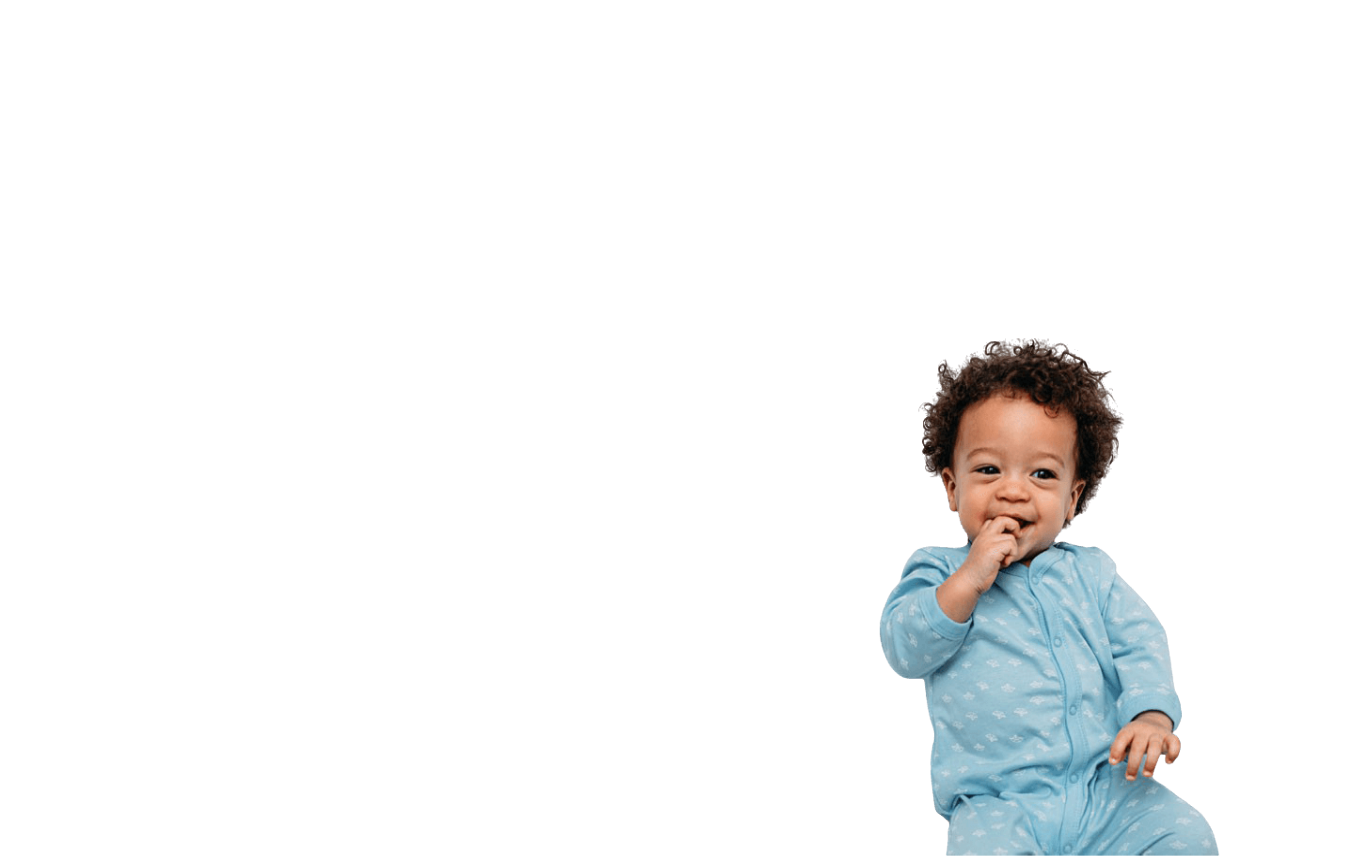
Repository: gyypwrs/css-practice
Page: pull-over/index.html
The author's editor kept a copy of each file at every save. The page is drawn from the files as they stood at one save, then again after the next save.
The browser window is 1280 px wide. The page is 1440 px wide, so the pictures cover 1440 px, including what lies to the right of the window. The pictures show the whole page, at 94% of full size.

Above is the page before, as saved 2022-05-16 11:32:46.

After the next save:
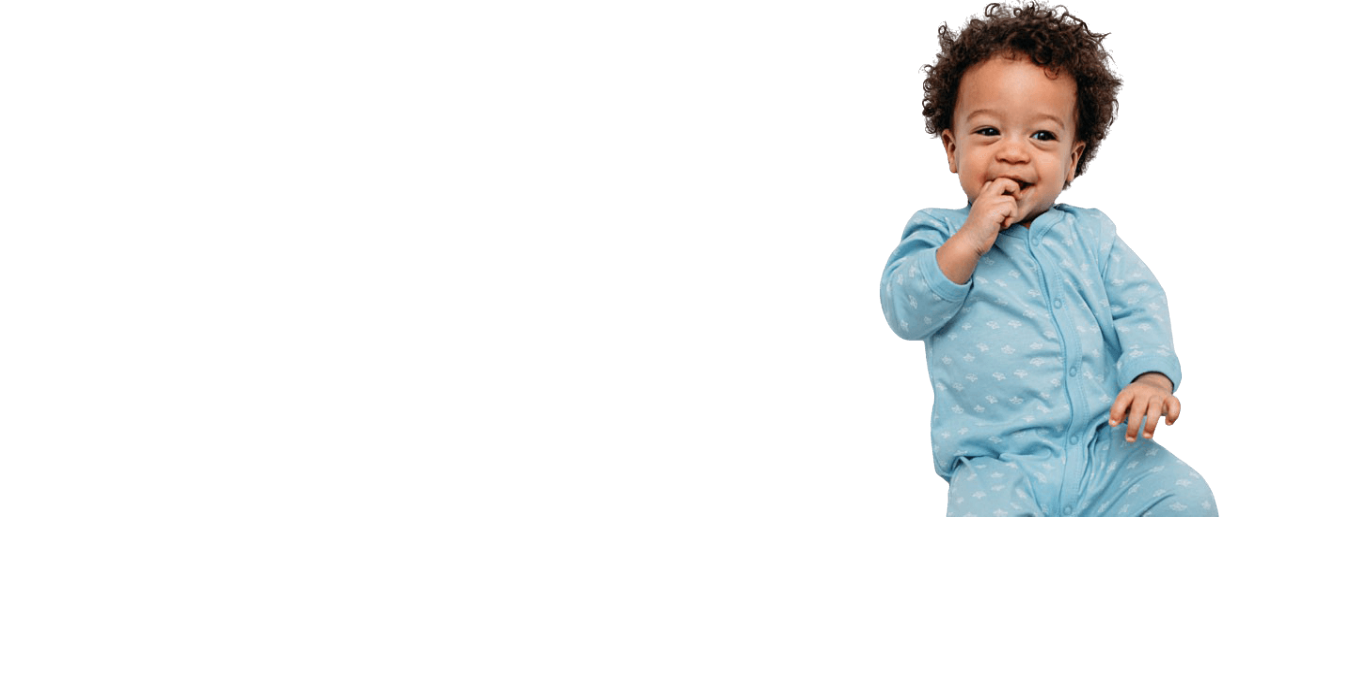
Saved 8 s later.
--- a/pull-over/index.html
+++ b/pull-over/index.html
@@ -22,7 +22,6 @@
         justify-content: center;
       }
       .wrapper {
-        margin: auto;
         position: relative;
       }
       .bottom {
